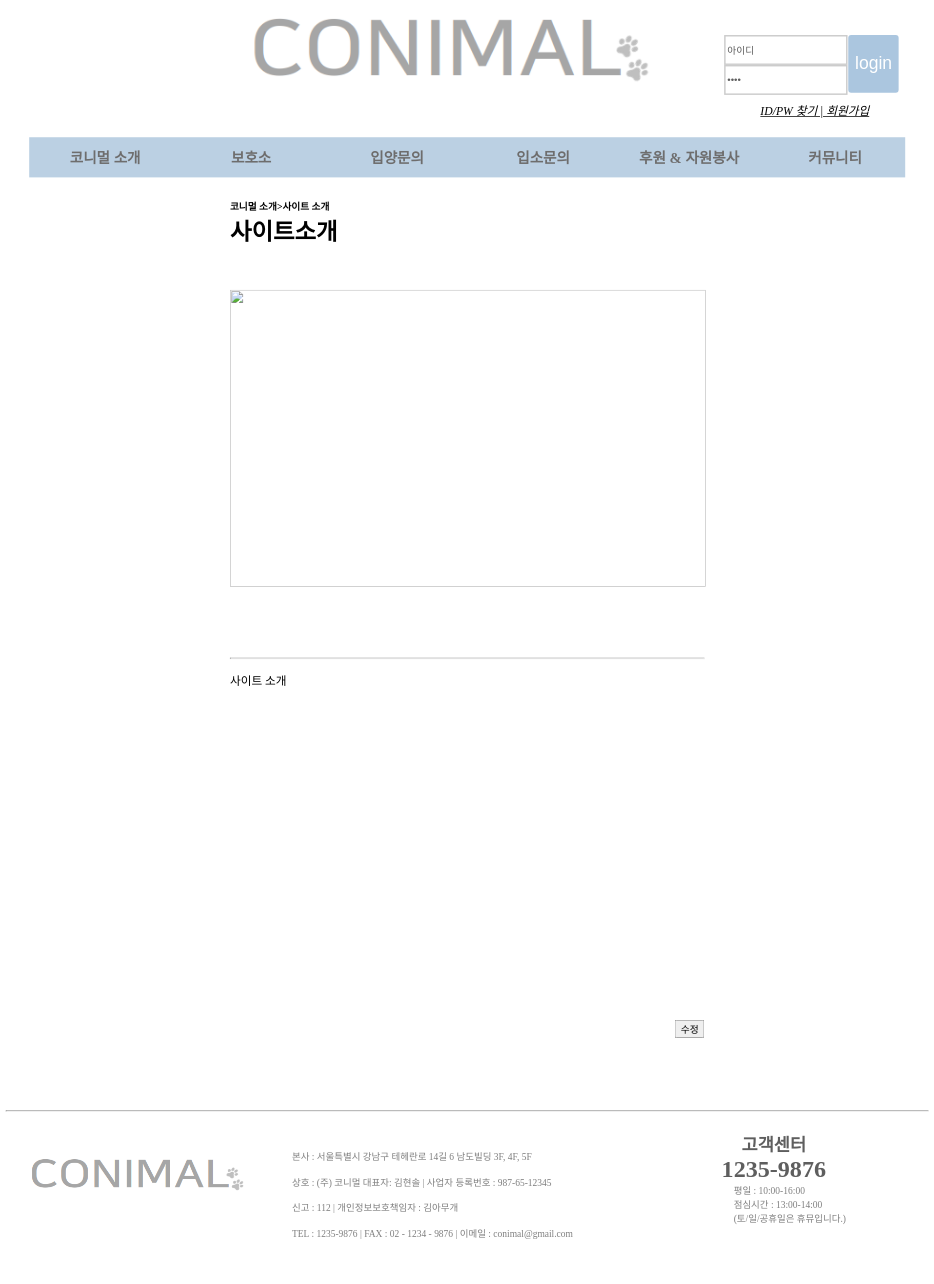
Repository: rlagusthf12/SemiProject
Page: http://localhost/jspProject/
An editor plug-in stored every save of this project. The page is shown before and after the next save, followed by the edit.
The browser window is 1280 px wide. The pictures show the whole page, at 73% of full size.
The page is served by Tomcat 9.

Above is the page before, as saved 2021-05-14 09:14:09.

After the next save:
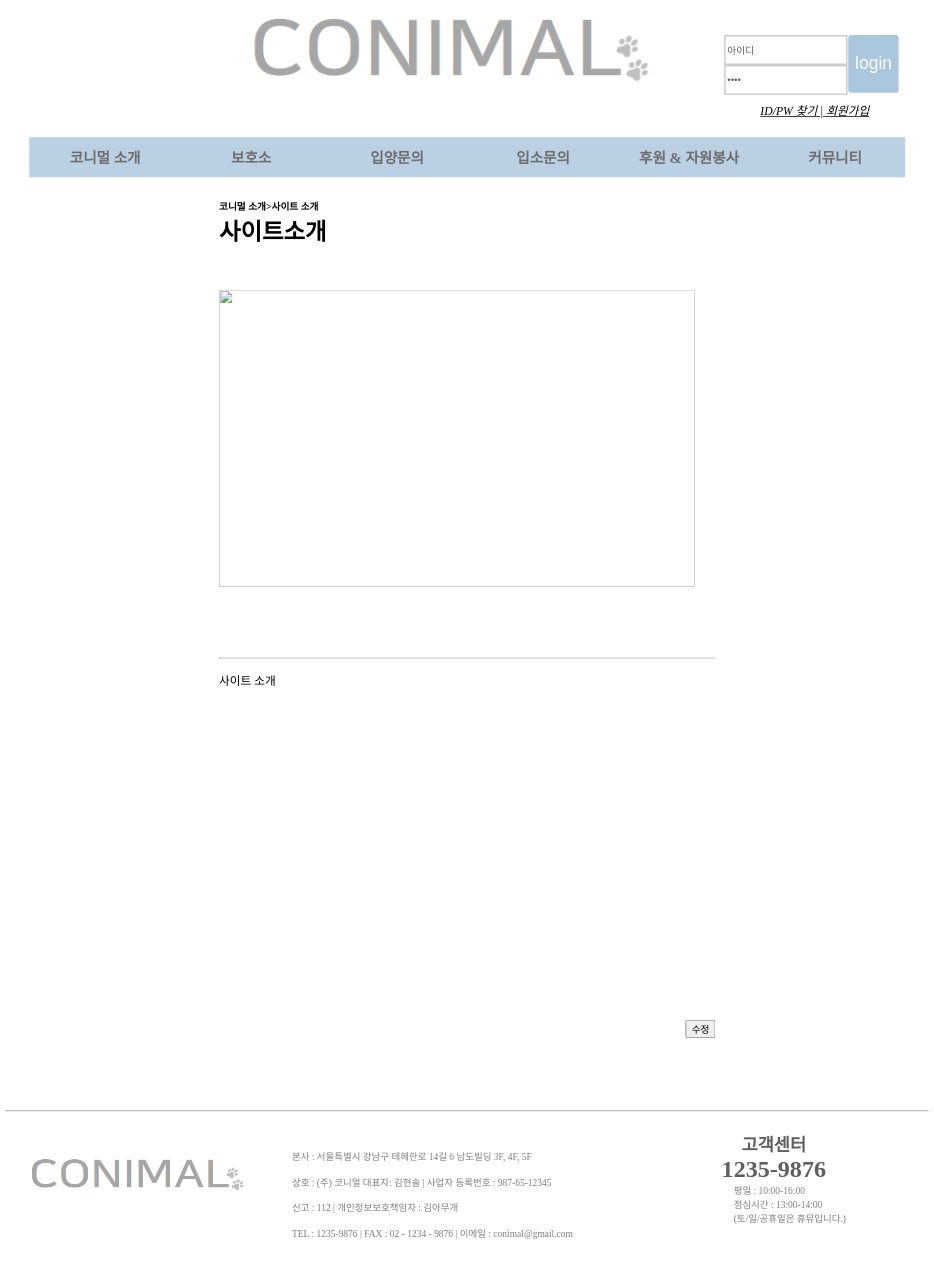
Saved 12 s later.
--- a/jspProject/WebContent/views/introduce/introduce.jsp
+++ b/jspProject/WebContent/views/introduce/introduce.jsp
@@ -7,7 +7,7 @@
 <title>Insert title here</title>
 <style>
 	.body{
-		width: 650px;
+		width: 680px;
         height: 1240px;
         margin: 0 auto;
         margin-top:30px;
